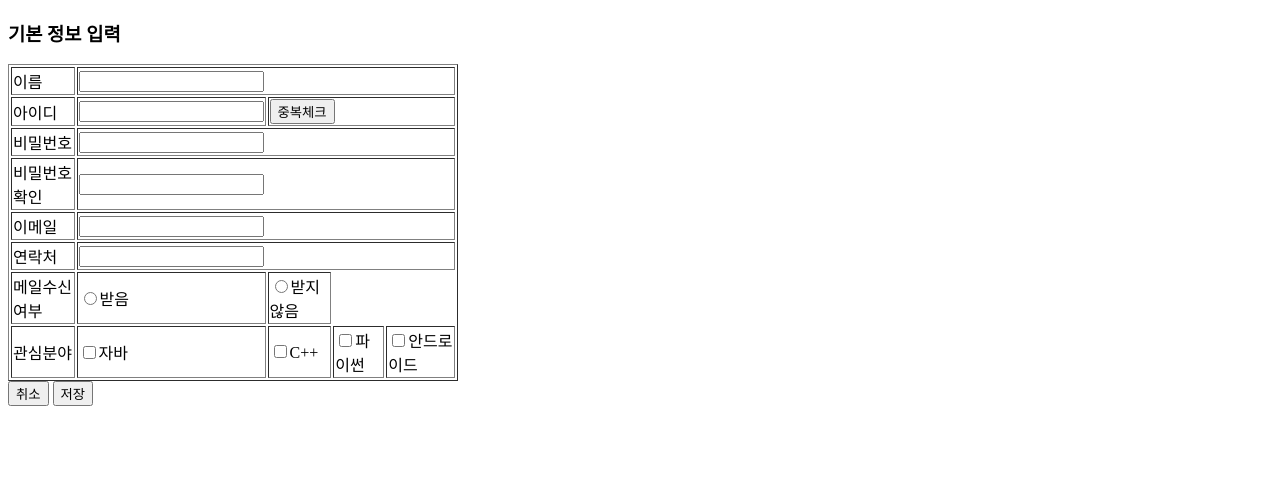
Repository: angelSuho/KCC_Learning_Repo
Page: Html/WebContent/mission03.html
These files come from the project's save history. The page is drawn as it stood at one moment and after the next save; the edit follows.
The browser window is 1280 px wide. The pictures show the whole page.

Above is the page before, as saved 2024-07-08 06:23:37.

### Html/WebContent/mission03.html
<!DOCTYPE html>
<html>
<head>
<meta charset="UTF-8">
<title>Insert title here</title>
</head>
<body>
	<h3>기본 정보 입력</h3>
	<table width="450" border="1">
		<tbody>
			<tr>
				<td>이름</td>
				<td colspan="4">
					<input type="text" name="userName" id="name">
				</td>
			</tr>
			<tr>
				<td>아이디</td>
				<td>
					<input type="text" name="userId" id="id">
				</td>
				<td colspan="3"><button>중복체크</button></td>
			</tr>
			<tr>
				<td>비밀번호</td>
				<td colspan="4">
					<input type="password" name="userPass">
				</td>
			</tr>
			<tr>
				<td>비밀번호확인</td>
				<td colspan="4">
					<input type="password" name="userPass">
				</td>
			</tr>
			<tr>
				<td>이메일</td>
				<td colspan="4">
					<input type="email" name="userPass">
				</td>
			</tr>
			<tr>
				<td>연락처</td>
				<td colspan="4">
					<input type="text" name="userPass">
				</td>
			</tr>
			<tr>
				<td>메일수신여부</td>
				<td><input type="radio" name="chk_info" value="받음">받음</td>
				<td><input type="radio" name="chk_info" value="받지않음">받지않음</td>
			</tr>
			<tr>
				<td>관심분야</td>
				<td><input type="checkbox" name="chk_info" value="자바">자바</td>
				<td><input type="checkbox" name="chk_info" value="C++">C++</td>
				<td><input type="checkbox" name="chk_info" value="파이썬">파이썬</td>
				<td><input type="checkbox" name="chk_info" value="안드로이드">안드로이드</td>
			</tr>
		</tbody>
	</table>
	<button>취소</button>
	<button>저장</button>

</body>
</html>

After the next save:
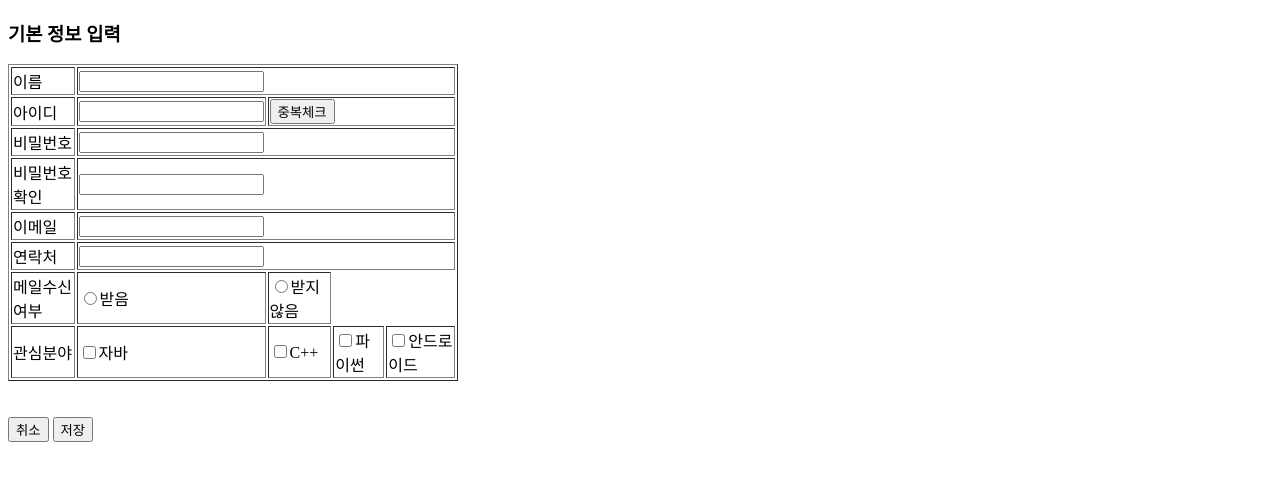
Saved 17 s later.
--- a/Html/WebContent/mission03.html
+++ b/Html/WebContent/mission03.html
@@ -59,6 +59,8 @@
 			</tr>
 		</tbody>
 	</table>
+	<br/><br/>
+
 	<button>취소</button>
 	<button>저장</button>
 
